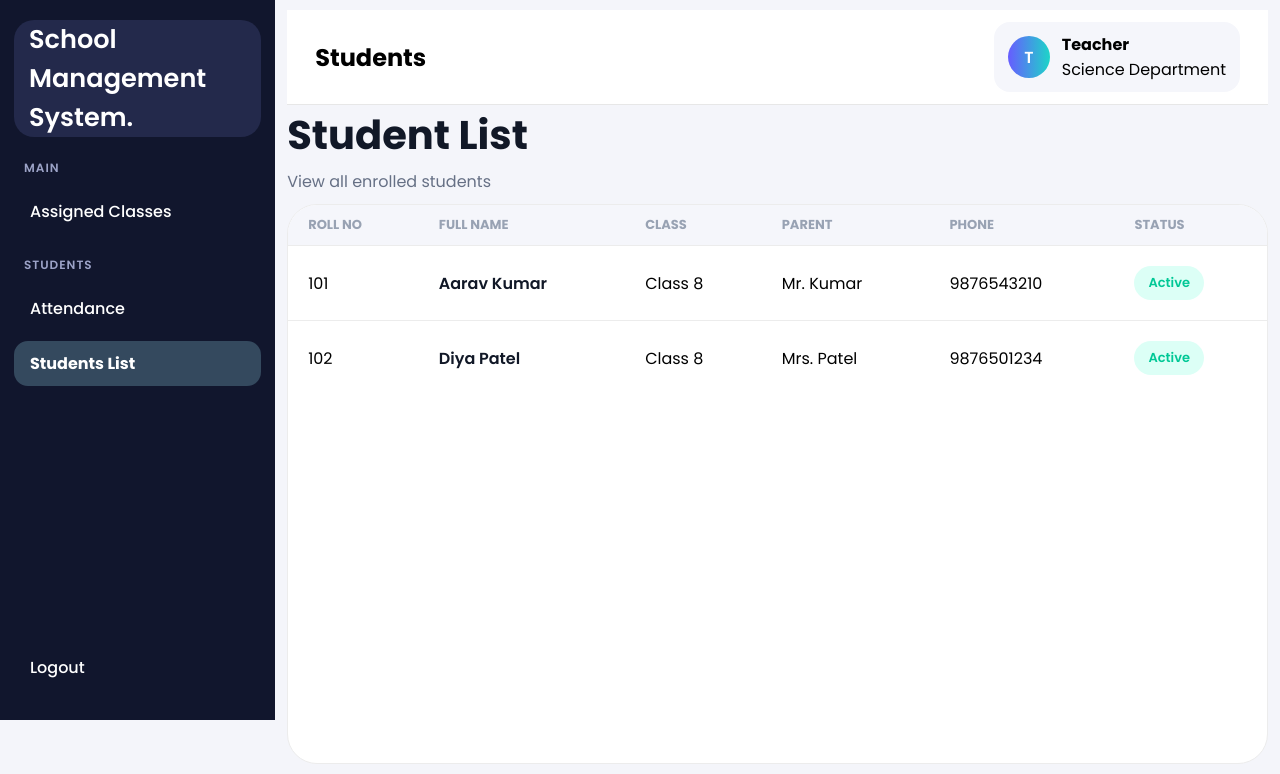
Repository: rohit-rk-07/school_management_system
Page: http://localhost/School_Management_System/teacher/studentsList.jsp
An editor plug-in stored every save of this project. The page is shown before and after the next save, followed by the edit.
The browser window is 1280 px wide. The pictures show the whole page.
The page is served by Tomcat 10.

Above is the page before, as saved 2026-05-21 08:54:55.

After the next save:
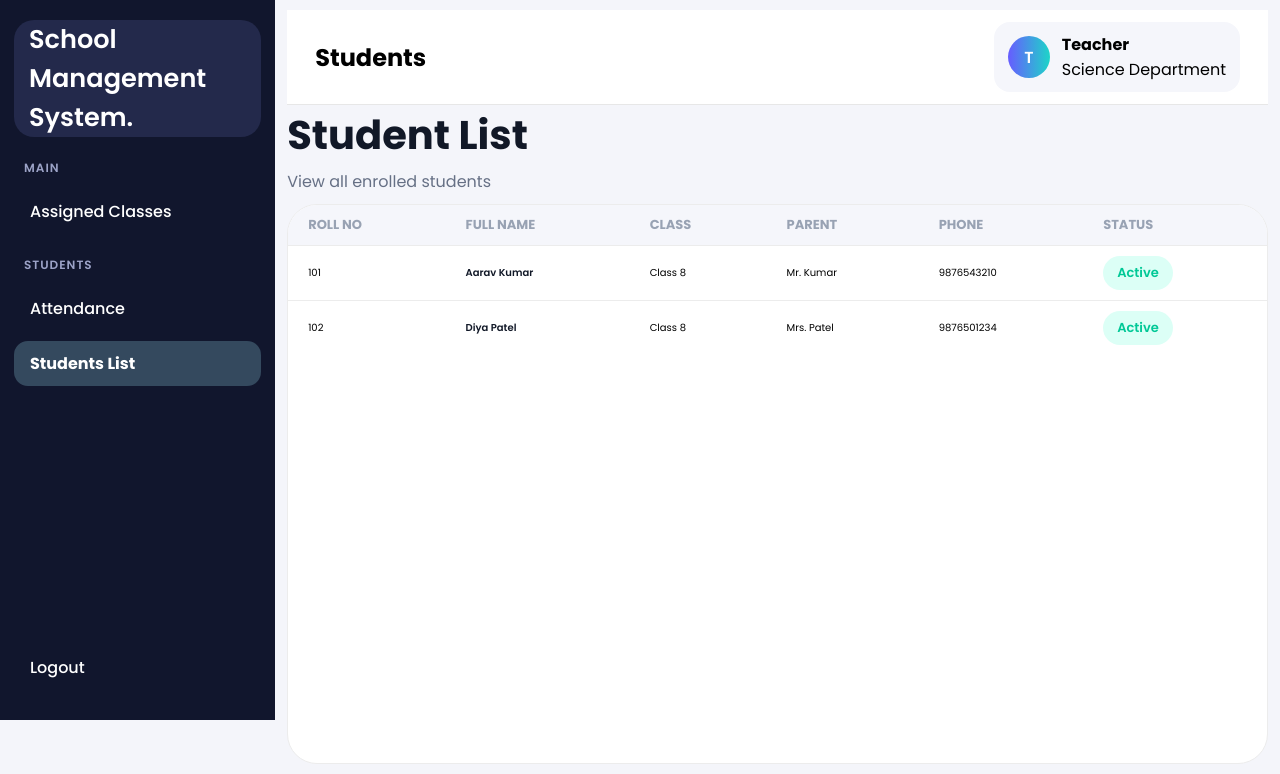
Saved 19 s later.
--- a/School_Management_System/src/main/webapp/teacher/studentsList.jsp
+++ b/School_Management_System/src/main/webapp/teacher/studentsList.jsp
@@ -85,8 +85,8 @@
         }
 
         .studentTable td{
-            padding:20px;
-            font-size: 10px 20px;
+            padding:10px 20px;
+            font-size: 10px;
             border-top:1px solid #ececec;
         }
 
